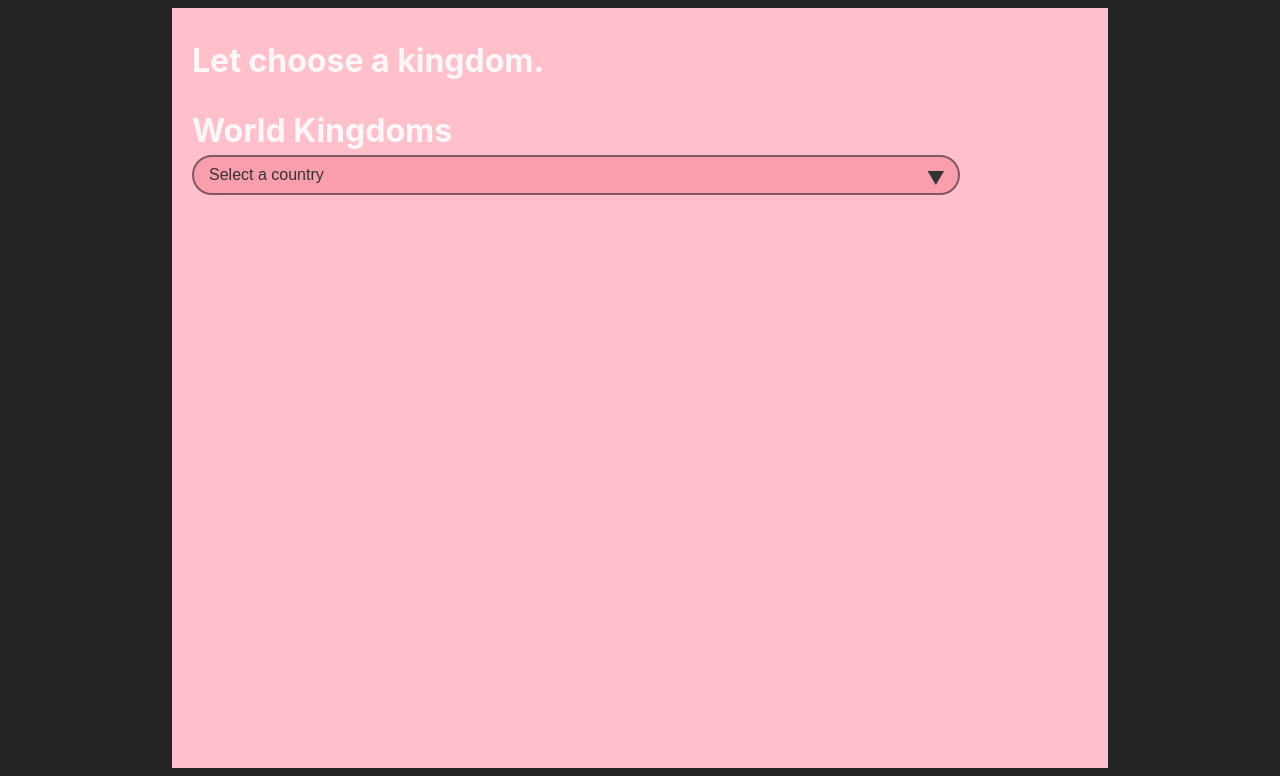
Repository: MonicaNguyenH/Lab-7_Frontend
Page: /countries
The author's editor kept a copy of each file at every save. The page is drawn from the files as they stood at one save, then again after the next save.
The browser window is 1280 px wide. The pictures show the whole page.
The page's requests for data from a server got no answer. The project was rebuilt for these pictures with package versions that can differ from the ones it lists, and the page was loaded fresh each time. No one was signed in, and anything a server would have sent is missing. Also part of the build but not shown: vite.config.js, src/Details.jsx.

Above is the page before, as saved 2024-11-23 18:50:06.

After the next save:
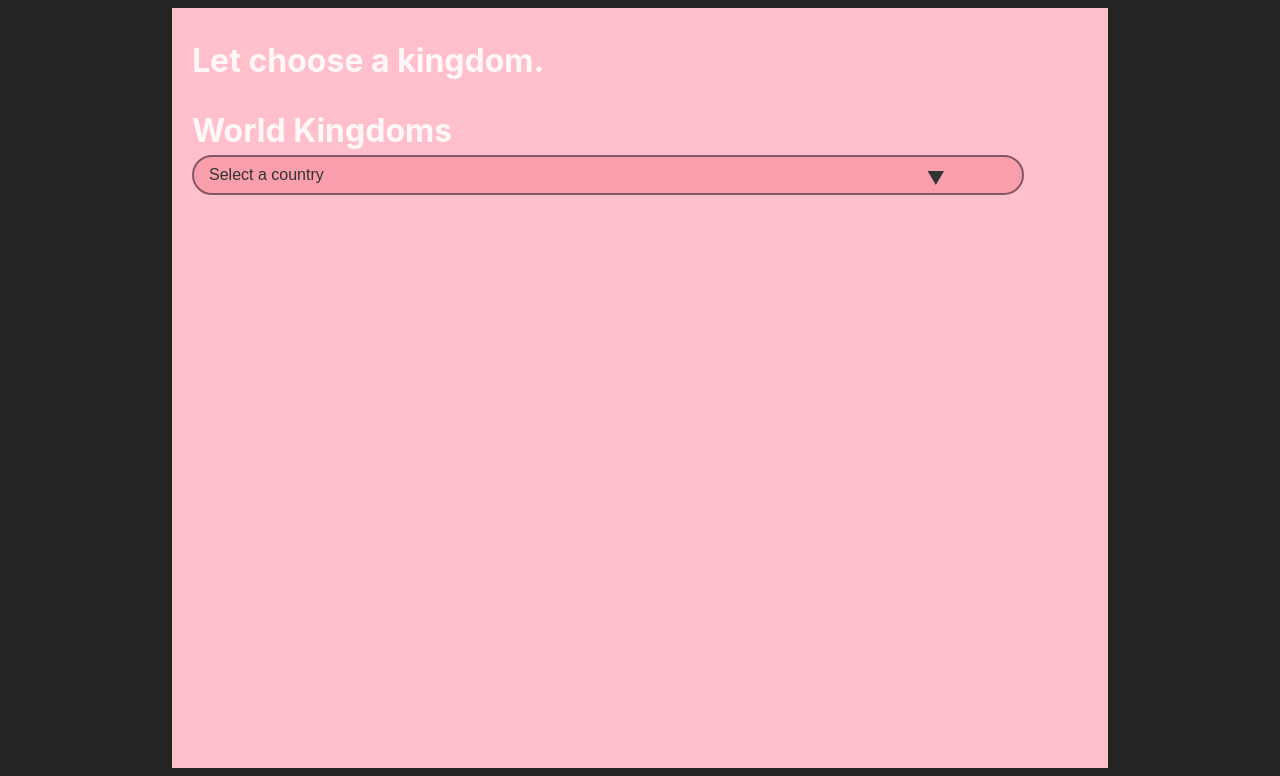
Saved 13 s later.
--- a/src/index.css
+++ b/src/index.css
@@ -66,7 +66,7 @@ select {
   padding: 5px; /* Padding inside the dropdown */
   font-size: 16px; /* Font size */
   color: #333; /* Font color */
-  width: 60vw; /* Width of the dropdown */
+  width: 65vw; /* Width of the dropdown */
   height: 40px;
   cursor: pointer; /* Change cursor to pointer */
   margin: auto;
